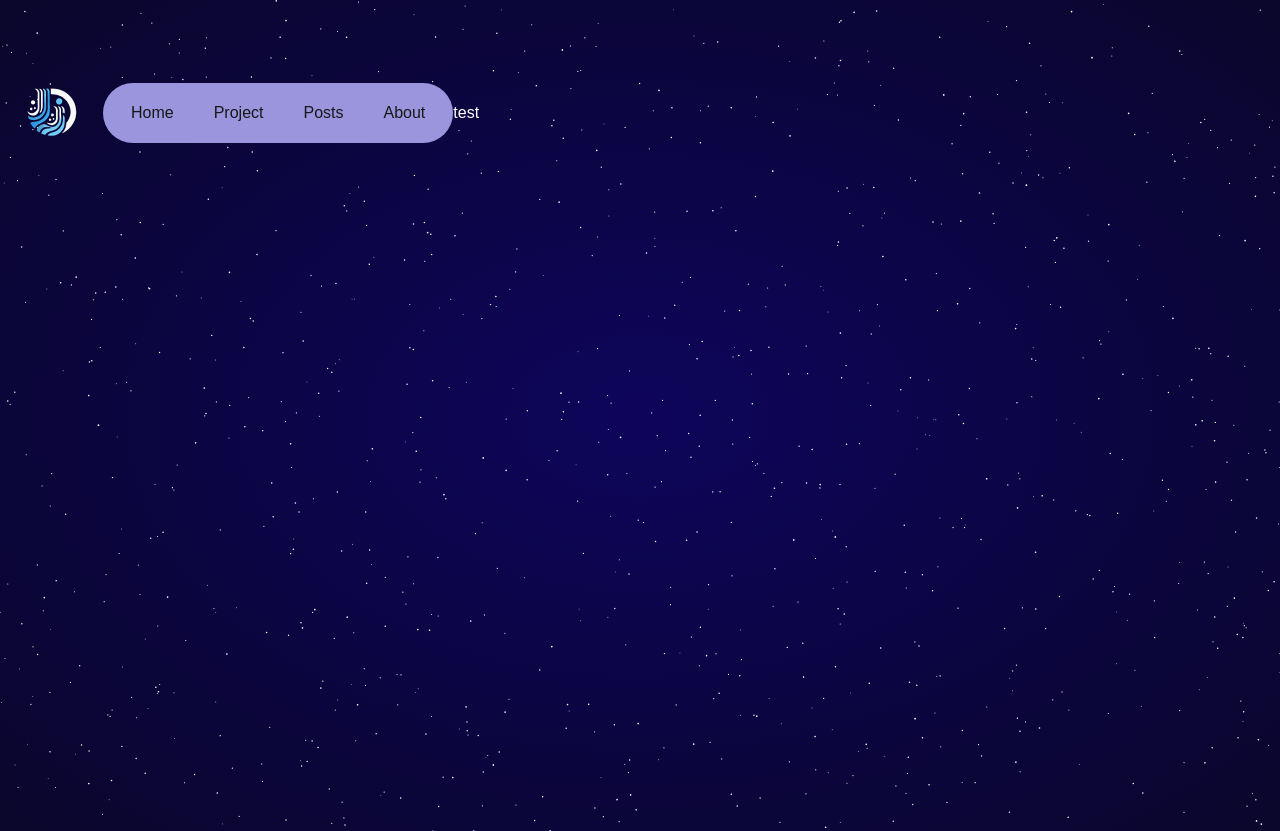
Repository: david-william19/david-william
Page: /
An editor plug-in stored every save of this project. The page is shown before and after the next save, followed by the edit.
The browser window is 1280 px wide. The pictures show the whole page.
The project was rebuilt for these pictures with package versions that can differ from the ones it lists, and the page was loaded fresh each time. The framework's server and built-in components were replaced by stand-ins that run in the browser. Also part of the build but not shown: next.config.js, next.config.ts, vite.config.ts.

Above is the page before, as saved 2024-10-26 22:51:18.

### src/app/layout.tsx
import type { Metadata } from "next";
import localFont from "next/font/local";
import "./globals.css";
import Image from "next/image";
import NavbarComponent from "@/components/navbar";

const geistSans = localFont({
  src: "./fonts/GeistVF.woff",
  variable: "--font-geist-sans",
  weight: "100 900",
});
const geistMono = localFont({
  src: "./fonts/GeistMonoVF.woff",
  variable: "--font-geist-mono",
  weight: "100 900",
});

export const metadata: Metadata = {
  title: "Create Next App",
  description: "Generated by create next app",
};

export default function RootLayout({
  children,
}: Readonly<{
  children: React.ReactNode;
}>) {
  return (
    <html lang="en">
      <body
        className={`${geistSans.variable} ${geistMono.variable} antialiased`}
      >
        <div className="w-full min-h-screen bg-radial-space">
          <NavbarComponent />
            <Image
                className="w-full"
                src={"/images/stars.svg"}
                alt="stars"
                width={1920}
                height={1080}
            />
            {children}
        </div>
      </body>
    </html>
  );
}

### src/app/(home)/layout.tsx
import type { Metadata } from "next";
import "./globals.css";
import NavbarComponent from "@/components/navbar";
import { Open_Sans } from "next/font/google";
import localFont from "next/font/local";
import ReactQueryProvider from "@/providers/ReactQueryProvider";
import SmoothScrollProvider from "@/providers/SmoothScrollProvider";
import React from "react";

export const metadata: Metadata = {
  title: "David's Portfolio",
  description: "front end developer who loves to code",
};

const openSans = Open_Sans({
  subsets: ['latin'],
  variable: "--font-sans"
})

const thunderFont = localFont({
  src: [
    {
      path: "./fonts/Thunder-ExtraBoldLC.woff",
      weight: "800",
      style: "normal",
    },
    {
      path: "./fonts/Thunder-LC.woff",
      weight: "400",
      style: "normal",
    },
    {
      path: "./fonts/Thunder-LightLC.woff",
      weight: "300",
      style: "normal",
    },
    {
      path: "./fonts/Thunder-MediumLC.woff",
      weight: "500",
      style: "normal",
    },
    {
      path: "./fonts/Thunder-SemiBoldLC.woff",
      weight: "600",
      style: "normal",
    }
  ],
  variable: "--font-thunder"
})

export default function RootLayout({
  children,
}: Readonly<{
  children: React.ReactNode;
}>) {
  return (
    <html lang="en">
      <head>
        <link rel="icon" href="/favicon.ico" sizes="any" />
      </head>
      <body
        className={`${openSans.variable} ${thunderFont.variable} antialiased`}
      >
        <div className="w-full bg-[#07131c] h-screen">
          <ReactQueryProvider>
            <SmoothScrollProvider>
            <React.Fragment>
            <NavbarComponent />
            {children}
            </React.Fragment>
            </SmoothScrollProvider>
          </ReactQueryProvider>
        </div>
      </body>
    </html>
  );
}

### src/app/(home)/(page)/page.tsx

export default function Page() {
    return (
        <div>
            Hello world
        </div>
    );
}

### src/components/navbar/index.tsx
import Image from "next/image";

export default function NavbarComponent() {
    return (
        <nav className="w-full lg:pt-[61px] flex justify- items-center fixed">
            <Image
                alt="logo-david"
                src={"/images/logo-david.png"}
                width={103}
                height={103}
            />

            <ul className="rounded-full p-[8px] bg-[#9B95DE] flex h-fit list-none">
                <li className="px-5 py-2.5">
                    Home
                </li>
                <li className="px-5 py-2.5">
                    Project
                </li>
                <li className="px-5 py-2.5">
                    Posts
                </li>
                <li className="px-5 py-2.5">
                    About
                </li>
            </ul>

            <p className="text-white">
                test
            </p>
        </nav>
    )
}

### src/providers/ReactQueryProvider.tsx
"use client";

import { QueryClientProvider, QueryClient } from "react-query";
import { useState } from "react";

const ReactQueryProvider = ({ children }: { children: React.ReactNode }) => {
  const [queryClient] = useState(() => new QueryClient());

  return (
    <QueryClientProvider client={queryClient}>{children}</QueryClientProvider>
  );
};

export default ReactQueryProvider;

### src/providers/SmoothScrollProvider.tsx
import {ReactLenis} from "lenis/react"
import React from "react"

export default function SmoothScrollProvider({children} : {children: React.ReactElement})  {

    return (
        <ReactLenis root>
            {children}
        </ReactLenis>
    )
}

### tailwind.config.ts
import type { Config } from "tailwindcss";

const config: Config = {
  content: [
    "./src/pages/**/*.{js,ts,jsx,tsx,mdx}",
    "./src/components/**/*.{js,ts,jsx,tsx,mdx}",
    "./src/app/**/*.{js,ts,jsx,tsx,mdx}",
  ],
  theme: {
    extend: {
      colors: {
        background: "var(--background)",
        foreground: "var(--foreground)",
      },
      backgroundImage: {
        "radial-space": "radial-gradient(#0E055B 0%, #0A062B 100%)",
      },
    },
  },
  plugins: [],
};
export default config;

Loaded but not shown: src/app/globals.css (common file)

After the next save:
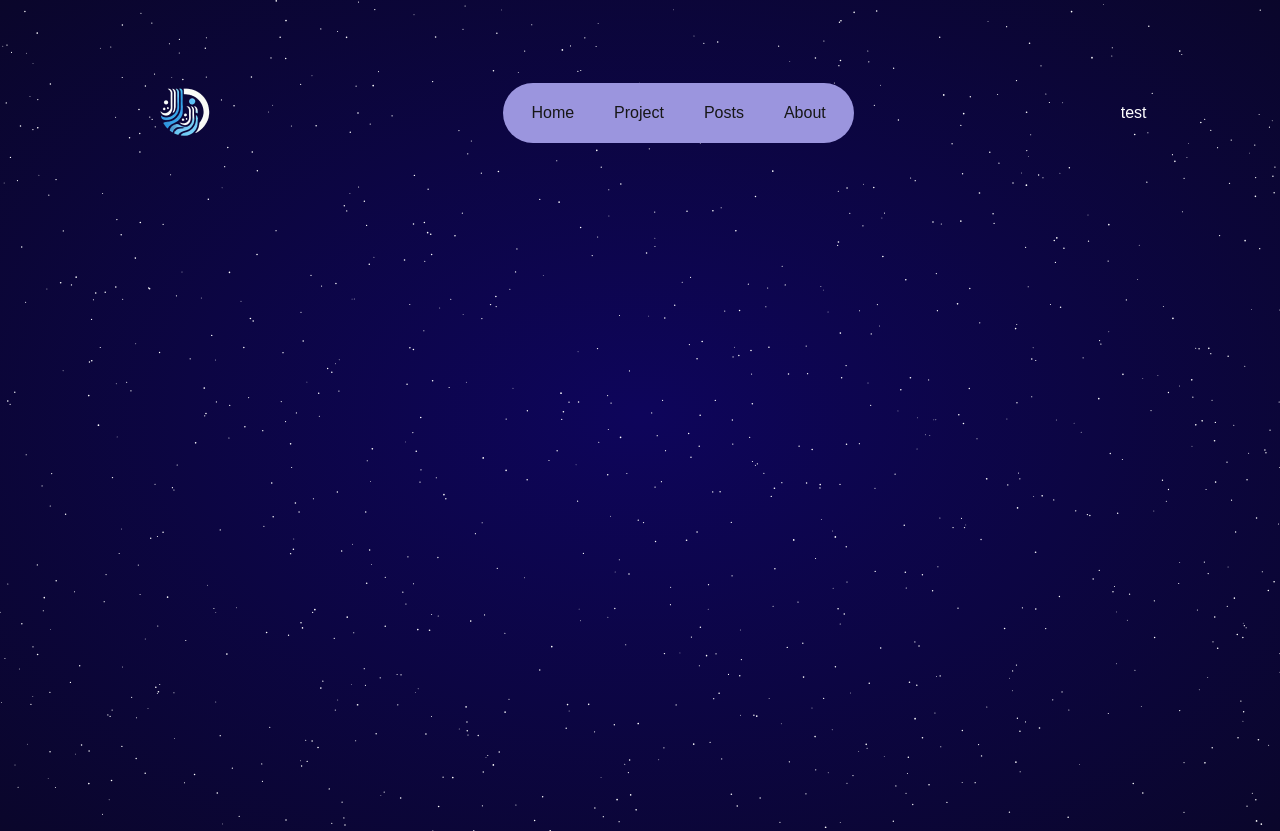
Saved 9 s later.
--- a/src/components/navbar/index.tsx
+++ b/src/components/navbar/index.tsx
@@ -2,7 +2,7 @@ import Image from "next/image";
 
 export default function NavbarComponent() {
     return (
-        <nav className="w-full lg:pt-[61px] flex justify- items-center fixed">
+        <nav className="w-full lg:pt-[61px] flex justify-around items-center fixed">
             <Image
                 alt="logo-david"
                 src={"/images/logo-david.png"}
